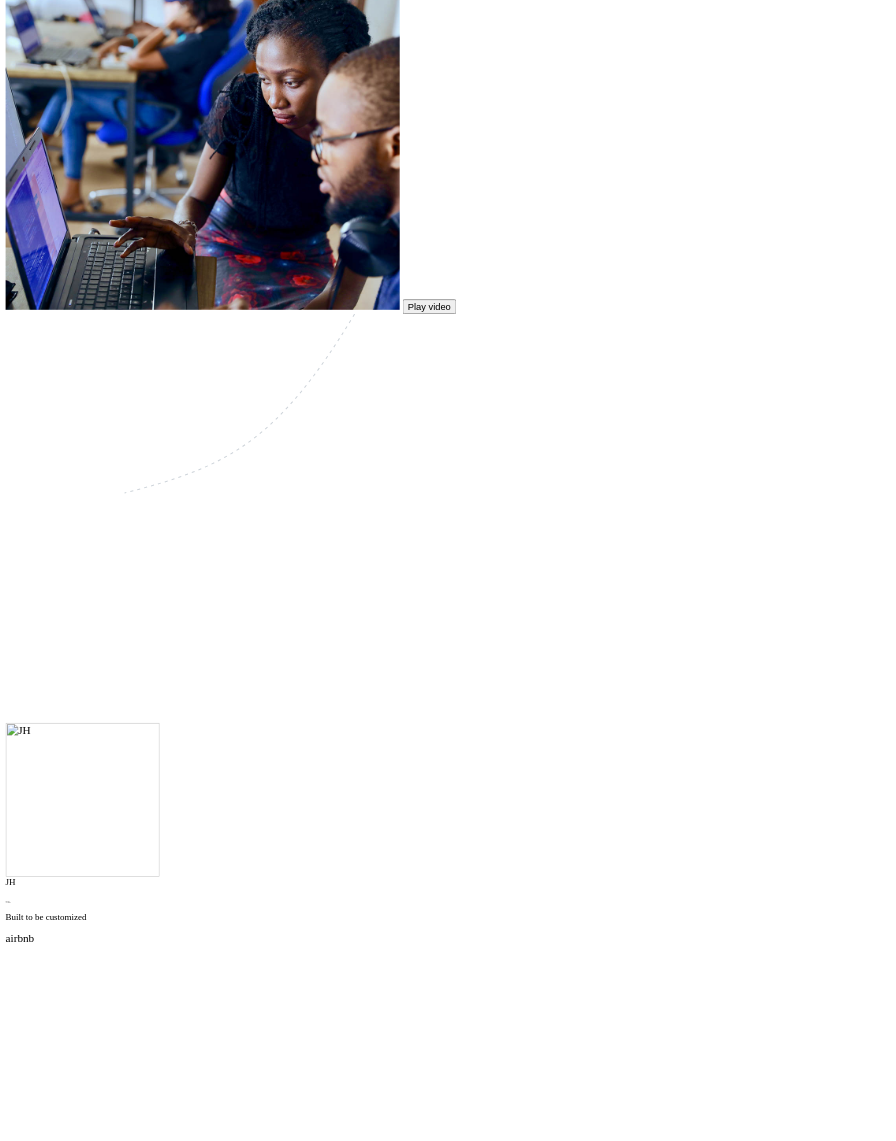
Repository: brandonc16/odoo-task
Page: components/hero.html
The author's editor kept a copy of each file at every save. The page is drawn from the files as they stood at one save, then again after the next save.
The browser window is 1280 px wide. The pictures show the part of the page from y = 1871 to 3791 px (the page is 3501 px tall before and 3791 px after), at 70% of full size.

Above is the page before, as saved 2026-03-16 02:49:35.

After the next save:
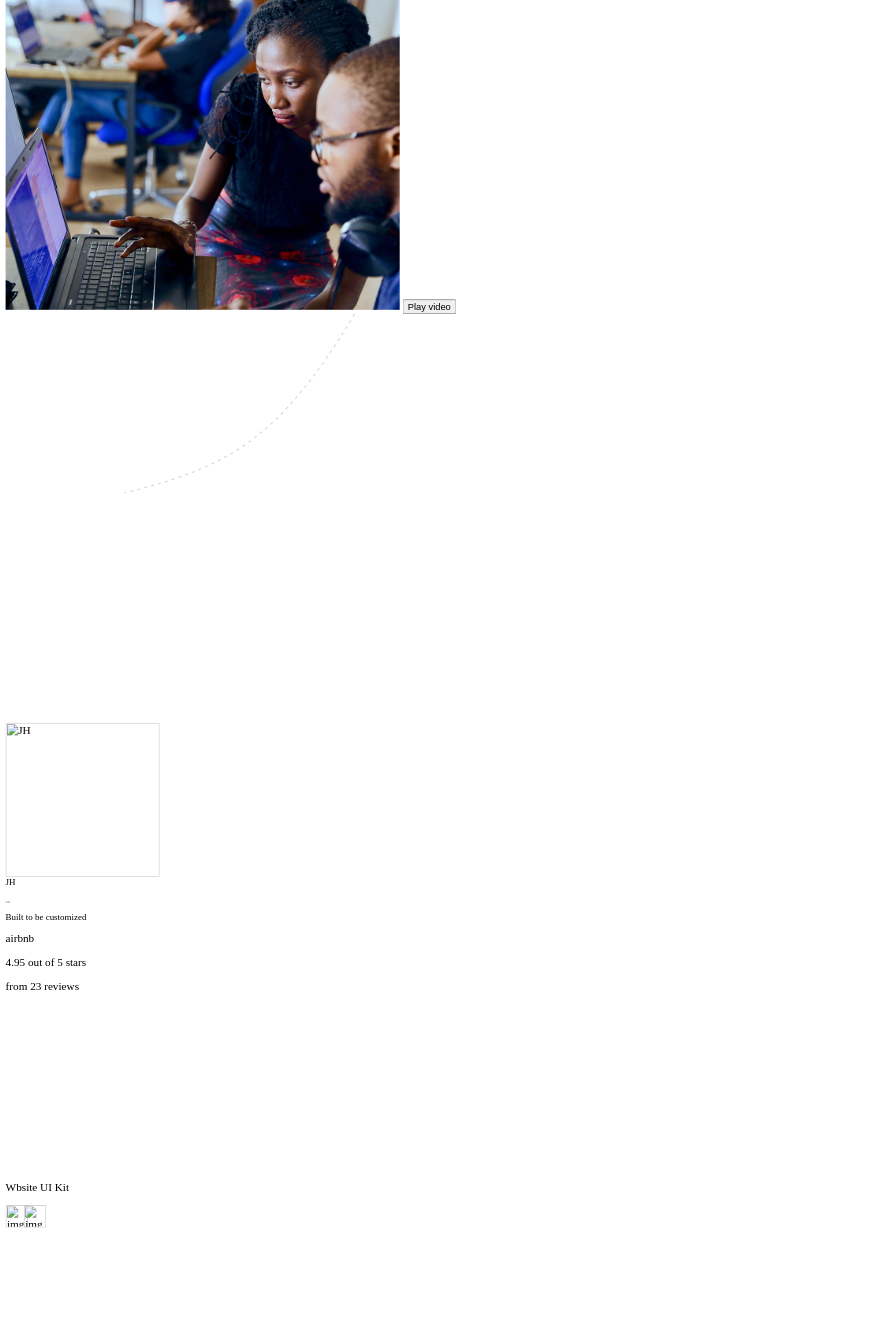
Saved 7 min 27 s later.
--- a/components/hero.html
+++ b/components/hero.html
@@ -344,57 +344,103 @@
   <div class="px-lg-10 position-relative" style="z-index: 1">
     <div class="row align-items-center">
       <div class="col-12 col-lg-6 mb-5 mb-lg-0">
-       <div class="row g-4 align-items-center">
-        <div class="col-12 col-sm-6">
-          <div class="card border-0 shadow-sm rounded-4 overflow-hidden">
-            <img src="" alt="JH" style="height: 220px; object-fit: cover" />
-
-            <div
-              class="card-body d-flex align-items-center justify-content-between p-4"
-            >
-              <div class="d-flex align-items-center gap-2">
+        <div class="row g-4 align-items-center">
+          <div class="col-12 col-sm-6">
+            <div class="card border-0 shadow-sm rounded-4 overflow-hidden">
+              <img src="" alt="JH" style="height: 220px; object-fit: cover" />
+
+              <div
+                class="card-body d-flex align-items-center justify-content-between p-4"
+              >
+                <div class="d-flex align-items-center gap-2">
+                  <div
+                    class="rounded-circle bg-warning text-white d-flex align-items-center justify-content-center fw-bold"
+                    style="width: 35px; height: 35px; font-size: 0.8rem"
+                  >
+                    JH
+                  </div>
+                  <span class="fw-bold mb-0" style="font-size: 0.9">
+                    Jimmy Hendrix</span
+                  >
+                </div>
+                <i class="bi bi-check-lg fs-5"></i>
+              </div>
+
+              <div>
+                <p class="fw-bold mb-0" style="font-size: 0.95">
+                  300 + components
+                </p>
+                <p class="text-muted mb-0" style="font-size: 0.8rem">
+                  Built to be customized
+                </p>
+              </div>
+            </div>
+
+            <div class="col-12 col-sm-6 mt-sm-5">
+              <div
+                class="card border border-light border-1 shadow-sm rounded-3 mb-4 p-4 text-center d-flex flex-column justify-content-center"
+                style="min-height: 290px"
+              >
+                <div class="mb-3 fs-4 fw-bold">
+                  <i class="bi bi-airbnb"></i>airbnb
+                </div>
                 <div
-                  class="rounded-circle bg-warning text-white d-flex align-items-center justify-content-center fw-bold"
-                  style="width: 35px; height: 35px; font-size: 0.8rem"
-                >
-                  JH
-                </div>
-                <span class="fw-bold mb-0" style="font-size: 0.9">
-                  Jimmy Hendrix</span
-                >
-              </div>
-              <i class="bi bi-check-lg fs-5"></i>
-            </div>
-
-            <div>
-              <p class="fw-bold mb-0" style="font-size: 0.95">
-                300 + components
-              </p>
-              <p class="text-muted mb-0"
-              style="font-size: 0.8rem;"
+                  class="text-warining mb-2 fs-6 gap-1 d-flex justify-content-center"
+                >
+                  <i class="bi bi-star-fill"></i>
+                  <i class="bi bi-star-fill"></i>
+                  <i class="bi bi-star-fill"></i>
+                  <i class="bi bi-star-fill"></i>
+                  <i class="bi bi-star"></i>
+                </div>
+                <p class="fw-bold mb-1">4.95 out of 5 stars</p>
+                <p class="text-muted mb-0">from 23 reviews</p>
+              </div>
+
+              <div
+                class="card border border-light border-1 shadow-sm rounded-3 mb-4 p-4 text-center d-flex flex-column justify-content-center"
+                style="min-height: 290px"
               >
-              Built to be customized
-            </p>
-            </div>
-          </div>
-
-          <div class="col-12 col-sm-6 mt-sm-5">
-            <div class="card border border-light border-1 shadow-sm  rounded-3 mb-4 p-4 text-center d-flex flex-column justify-content-center"
-            style="min-height: 290px;">
-            <div class="mb-3 fs-4 fw-bold">
-              <i class="bi bi-airbnb"></i>airbnb
-            </div>
-            <div class="text-warining mb-2 fs-6 gap-1 d-flex justify-content-center">
-              <i class="bi bi-star-fill"></i>
-              <i class="bi bi-star-fill"></i>
-              <i class="bi bi-star-fill"></i>
-              <i class="bi bi-star-fill"></i>
-              <i class="bi bi-star"></i>
-            </div>
-          </div>
-          </div>
-        </div>
-       </div>
+                <div
+                  class="rounded-circle bg-dark text-white mx-auto d-flex align-items-center justify-content-center mb-3"
+                  style="width: 50px; height: 50"
+                >
+                  <i class="bi bi-infinity fs-4"></i>
+                </div>
+                <div
+                  class="text-warining mb-2 fs-6 gap-1 d-flex justify-content-center"
+                >
+                  <p class="fw-bold mb-3">Wbsite UI Kit</p>
+                </div>
+
+                <div class="d-flex justify-content-center m-b">
+                  <img
+                    src=""
+                    alt="img"
+                    class="rounded-circle border border-2 border-white"
+                    style="
+                      width: 32px;
+                      height: 32px;
+                      margin-right: -10px;
+                      z-index: 3;
+                    "
+                  />
+                  <img
+                    src=""
+                    alt="img"
+                    class="rounded-circle border border-2 border-white"
+                    style="
+                      width: 32px;
+                      height: 32px;
+                      margin-right: -10px;
+                      z-index: 3;
+                    "
+                  />
+                </div>
+              </div>
+            </div>
+          </div>
+        </div>
       </div>
     </div>
   </div>
